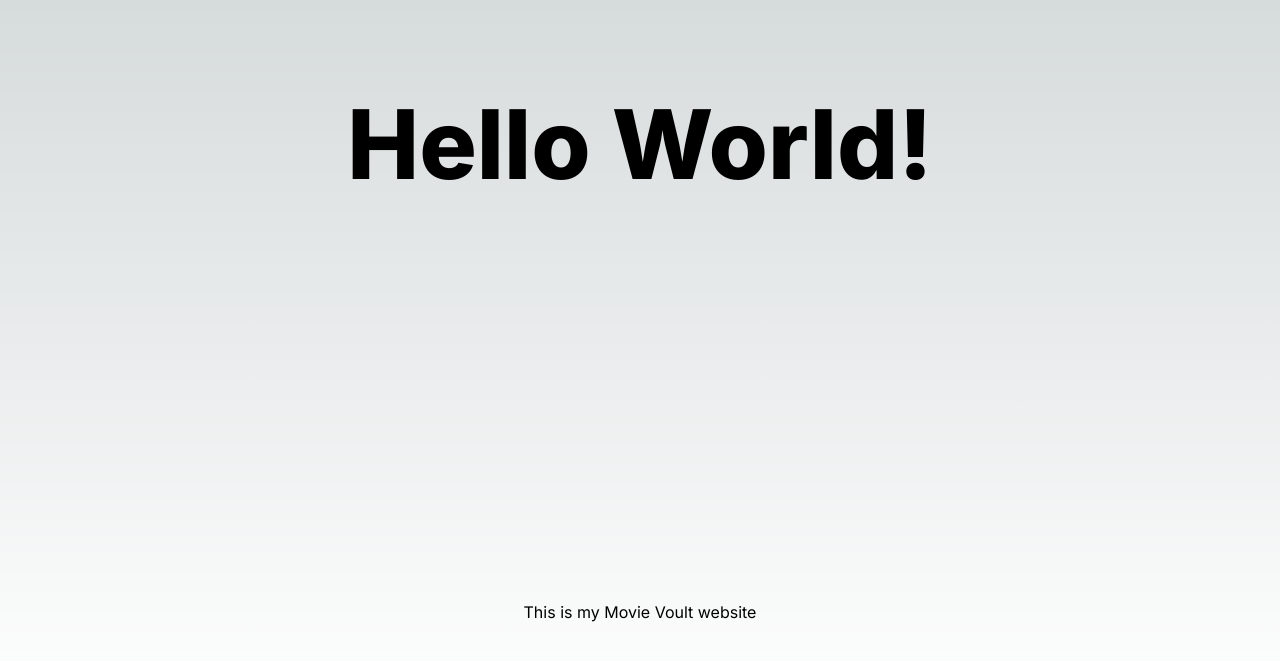
Repository: badhon252/Candidates-portal
Page: /
An editor plug-in stored every save of this project. The page is shown before and after the next save, followed by the edit.
The browser window is 1280 px wide. The pictures show the whole page.
The project was rebuilt for these pictures with package versions that can differ from the ones it lists, and the page was loaded fresh each time. The framework's server and built-in components were replaced by stand-ins that run in the browser. Also part of the build but not shown: next.config.js.

Above is the page before, as saved 2023-05-14 21:30:30.

### app/layout.tsx
import './globals.css';
import { Inter } from 'next/font/google';

const inter = Inter({ subsets: ['latin'] });

export const metadata = {
  title: 'Create Next App',
  description: 'Generated by create next app',
};

export default function RootLayout({
  children,
}: {
  children: React.ReactNode
}) {
  return (
    <html lang="en">
      <body className={inter.className}>{children}</body>
    </html>
  );
}

### app/page.tsx
export default function Home() {
  return (
    <main className="flex min-h-screen flex-col items-center justify-between p-24">
      <h1 className="text-8xl font-extrabold">Hello World!</h1>
      <h2>This is my Movie Voult website</h2>
    </main>
  );
}

Loaded but not shown: app/globals.css (common file); tailwind.config.js (common file)

After the next save:
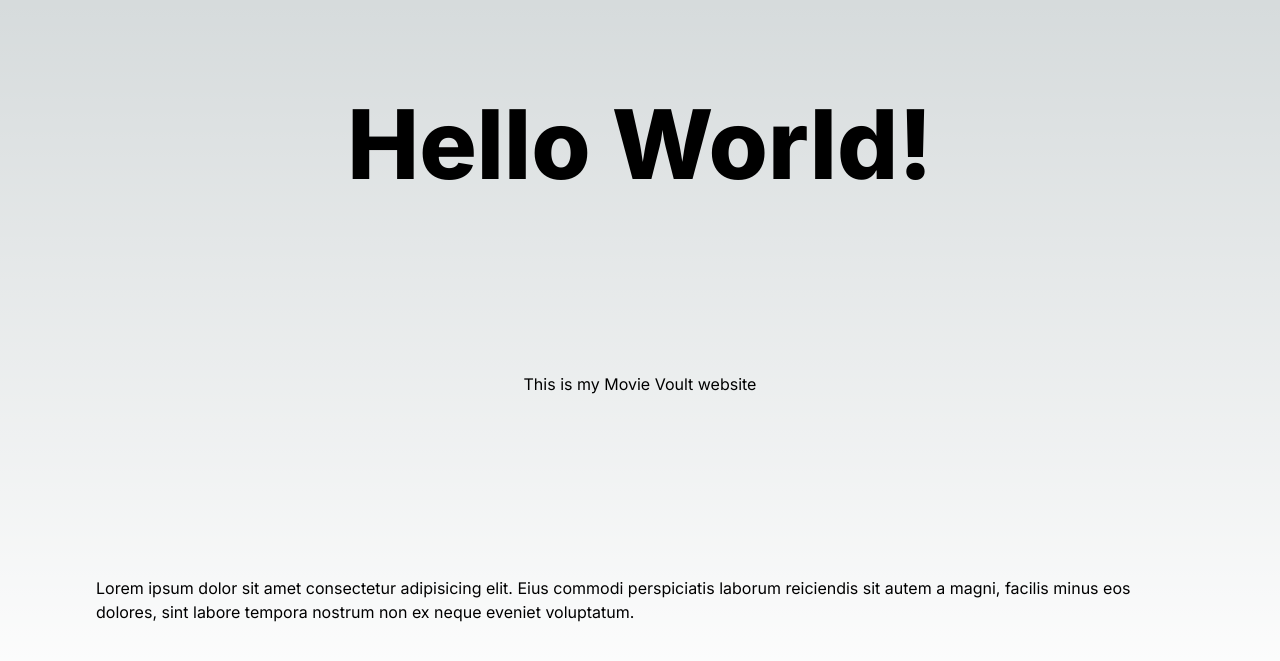
Saved 18 s later.
--- a/app/page.tsx
+++ b/app/page.tsx
@@ -3,6 +3,11 @@ export default function Home() {
     <main className="flex min-h-screen flex-col items-center justify-between p-24">
       <h1 className="text-8xl font-extrabold">Hello World!</h1>
       <h2>This is my Movie Voult website</h2>
+      <p>
+        Lorem ipsum dolor sit amet consectetur adipisicing elit. Eius commodi
+        perspiciatis laborum reiciendis sit autem a magni, facilis minus eos
+        dolores, sint labore tempora nostrum non ex neque eveniet voluptatum.
+      </p>
     </main>
   );
 }
